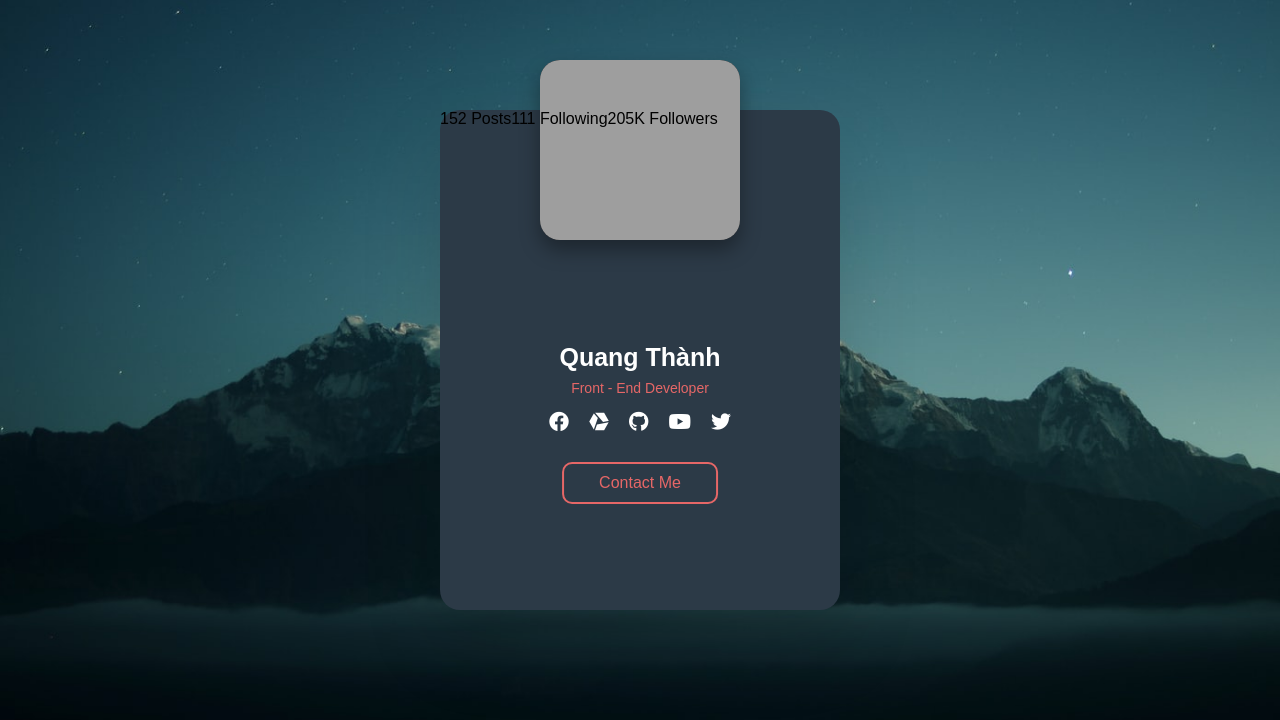
Repository: QuangThanh152/Profile-me
Page: index.html
These files come from the project's save history. The page is drawn as it stood at one moment and after the next save; the edit follows.
The browser window is 1280 px wide. The pictures show the whole page.
Pictures or frames that could not be fetched are drawn as grey boxes.

Above is the page before, as saved 2022-10-07 15:56:49.

### index.html
<!DOCTYPE html>
<html lang="en">
<head>
    <meta charset="UTF-8">
    <meta http-equiv="X-UA-Compatible" content="IE=edge">
    <meta name="viewport" content="width=device-width, initial-scale=1.0">
    <link rel="stylesheet" href="./accets/font/fontawesome-free-6.1.2-web/css/all.min.css">
    <link rel="stylesheet" href="./accets/main.css">
    <title>Profile-QT</title>
</head>
<body>
    <div class="card">
        <div class="card-header">
            <img src="./accets/img/IMG_20220202_135645.jpg" alt="" class="img-me">
        </div>
        <div class="content">
            <div class="name">Quang Thành</div>
            <div class="desc">Front - End Developer</div>
            <div class="SocialNetwork">
                <a href="" class="icon"><i class="fa-brands fa-facebook"></i></a>
                <a href="" class="icon"><i class="fa-brands fa-instalod"></i></i></a>
                <a href="" class="icon"><i class="fa-brands fa-github"></i></i></a>
                <a href="" class="icon"><i class="fa-brands fa-youtube"></i></i></a>
                <a href="" class="icon"><i class="fa-brands fa-twitter"></i></i></a>
            </div>
            <a href="" class="btn-contact">Contact Me</a>
        </div>
        <div class="card-footer">
            <div class="number">
                <div class="item">
                    <span>152</span>
                    Posts
                </div>
            </div>
            <div class="number">
                <div class="item">
                    <span>111</span>
                    Following
                </div>
            </div>
            <div class="number">
                <div class="item">
                    <span>205K</span>
                    Followers
                </div>
            </div>
        </div>
    </div>
</body>
</html>

### accets/main.css
* {
    padding: 0;
    margin: 0;
    box-sizing: border-box;
    font-family: 'Poppins', sans-serif;
    text-decoration: none;
}

body {
    min-height: 100vh;
    background: url(/accets/img/img-big.jpg) no-repeat center;
    background-size: cover;
    display: flex;
    justify-content: center;
    align-items: center;
}

.card {
    position: relative;
    width: 400px;
    /* height: 190px; */
    height: 500px;
    border-radius: 20px;
    background: #2c3a47;
    transition: 0.2s;
    box-shadow: 0 35px 80px rgba(0,0,0,0.15);
}
.card:hover {
    height: 500px;
}
.card-header {
    position: absolute;
    background: rgb(21, 19, 19);
    left: 50%;
    top: -50px;
    transform: translateX(-50%);
    width: 200px;
    height: 180px;
    border-radius: 20px;
    box-shadow: 0 10px 20px rgba(0,0,0,0.35);
    overflow: hidden;
    transition: 0.3s;
}
.card:hover .card-header {
    width: 250px;
    height: 250px;
    transition: 0.2s;
}
.img-me {
    position: absolute;
    top: 0;
    left: 0;
    width: 100%;
    height: 100%;
    object-fit: cover;
}
.content {
    position: absolute;
    top: 45%;
    text-align: center;
    align-items: center;
    left: 50%;
    transform: translateX(-50%);
}
.name {
    font-size: 25px;
    font-weight: 600;
    padding: 8px;
    color: #fff;
}
.desc {
    font-size: 14px;
    padding: 0 0 15px 0;
    color: #e66767;
}
.SocialNetwork {
    display: flex;
    justify-content: center;
    margin: 0 0 18px 0;
}
.SocialNetwork a{
    font-size: 20px;
    color: white;
    padding: 0 10px 0;
}
.SocialNetwork a:hover {
    color: #e66767;
}

.btn-contact {
    display: inline-block;
    font-size: 16px;
    padding: 10px 35px;
    border: 2px solid #e66767;
    border-radius: 10px;
    color: #e66767;
    margin-top: 10px;
}
.btn-contact:hover {
    background-color: #e66767;
    color: #f2f2f2;
}
.card-footer{
    position: absolute;
    display: flex;
    justify-content: center;
    align-items: center;
}
.number{

}
.item{

}

Loaded but not shown: accets/font/fontawesome-free-6.1.2-web/css/all.min.css (library)

After the next save:
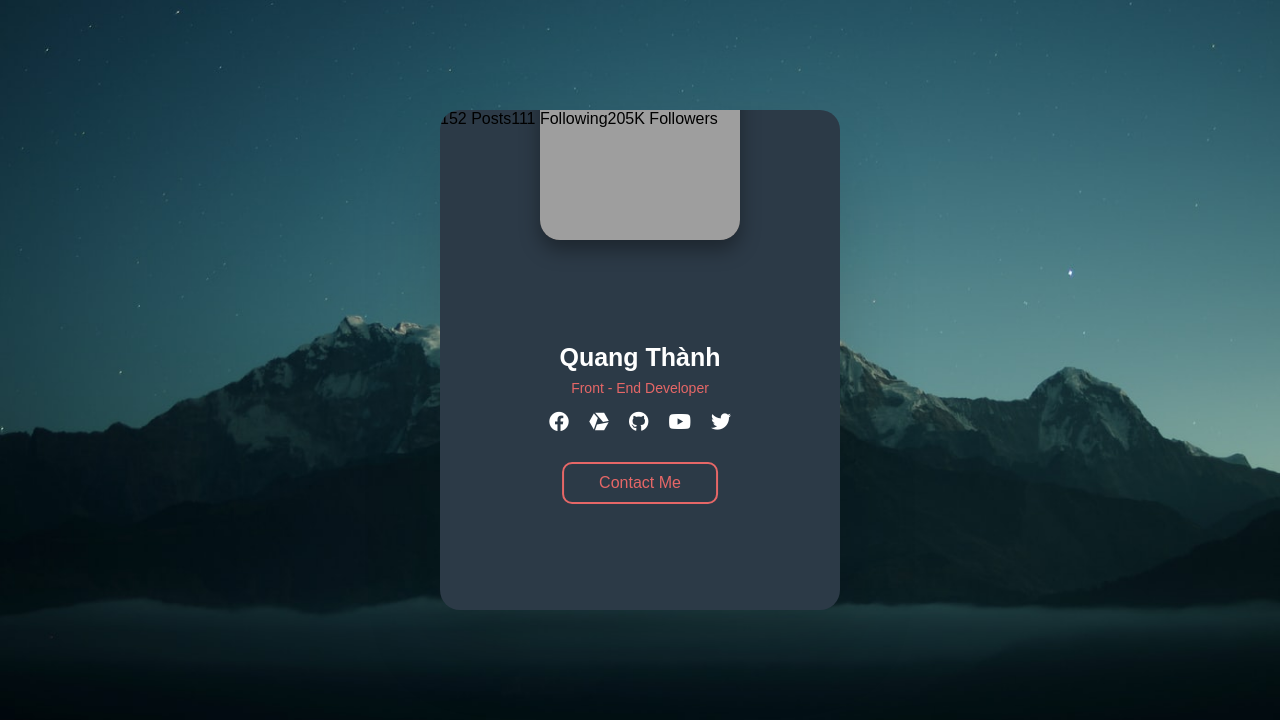
Saved 2 min 53 s later.
--- a/accets/main.css
+++ b/accets/main.css
@@ -24,6 +24,7 @@ body {
     background: #2c3a47;
     transition: 0.2s;
     box-shadow: 0 35px 80px rgba(0,0,0,0.15);
+    overflow: hidden;
 }
 .card:hover {
     height: 500px;
